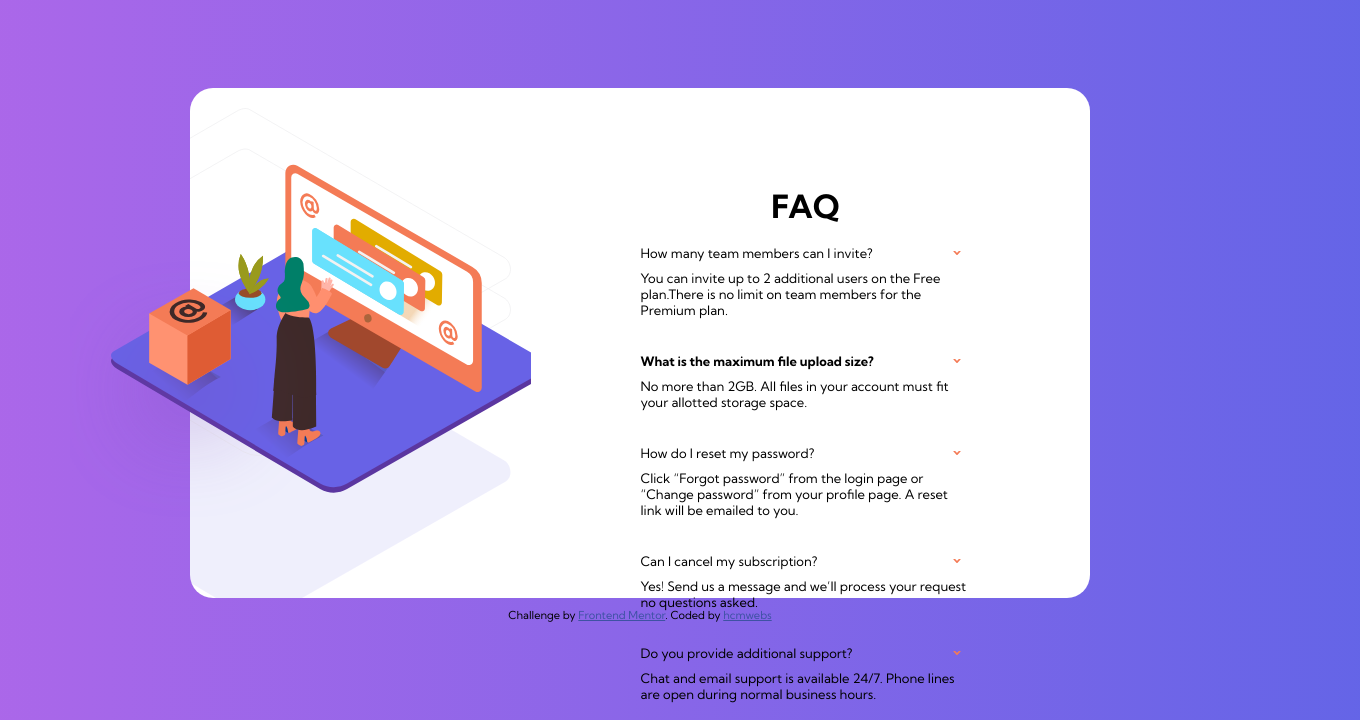
Repository: Hcmwebs/faq-accordion-card
Page: index.html
These files come from the project's save history. The page is drawn as it stood at one moment and after the next save; the edit follows.
The browser window is 1280 px wide. The page is 1360 px wide, so the pictures cover 1360 px, including what lies to the right of the window. The pictures show the whole page.
The style sheet was rebuilt from its Sass, Less or Tailwind sources for each picture, by a compiler version that may differ from the author's.

Above is the page before, as saved 2020-11-09 13:53:39.

### index.html
<!DOCTYPE html>
<html lang="en">
  <head>
    <meta charset="UTF-8" />
    <meta name="viewport" content="width=device-width, initial-scale=1.0" />
    <!-- displays site properly based on user's device -->

    <link
      rel="icon"
      type="image/png"
      sizes="32x32"
      href="./images/favicon-32x32.png"
    />
    <link rel="stylesheet" href="css/main.min.css" />

    <title>Frontend Mentor | FAQ Accordion Card</title>

    <!-- Feel free to remove these styles or customise in your own stylesheet 👍 -->
  </head>
  <body>
    <div class="container">
      <div class="card">
        <div class="card__header">
          <img
            src="/images/illustration-woman-online-mobile.svg"
            alt="image of a woman online"
          />
        </div>

        <div class="card__body">
          <h1 class="card__body--title">faq</h1>
          <div class="card__body--item">
            <div class="card__body--item--title">
              <h2>How many team members can I invite?</h2>
              <button>
                <img src="/images/icon-arrow-down.svg" alt="icon-arrow-down" />
              </button>
            </div>
            <p class="d-N">
              You can invite up to 2 additional users on the Free plan.There is
              no limit on team members for the Premium plan.
            </p>
            <div class="card__body--item--divider"></div>
          </div>

          <div class="card__body--item">
            <div class="card__body--item--title">
              <h2><strong>What is the maximum file upload size?</strong></h2>
              <button>
                <img
                  src="/images/icon-arrow-down.svg"
                  alt="icon-arrow-down"
                  class="rotate"
                />
              </button>
            </div>
            <p class="d-N">
              No more than 2GB. All files in your account must fit your allotted
              storage space.
            </p>
            <div class="card__body--item--divider"></div>
          </div>

          <div class="card__body--item">
            <div class="card__body--item--title">
              <h2>How do I reset my password?</h2>
              <button>
                <img src="/images/icon-arrow-down.svg" alt="icon-arrow-down" />
              </button>
            </div>
            <p class="d-N">
              Click “Forgot password” from the login page or “Change password”
              from your profile page. A reset link will be emailed to you.
            </p>
            <div class="card__body--item--divider"></div>
          </div>

          <div class="card__body--item">
            <div class="card__body--item--title">
              <h2>Can I cancel my subscription?</h2>
              <button>
                <img src="/images/icon-arrow-down.svg" alt="icon-arrow-down" />
              </button>
            </div>
            <p class="d-N">
              Yes! Send us a message and we’ll process your request no questions
              asked.
            </p>
            <div class="card__body--item--divider"></div>
          </div>

          <div class="card__body--item">
            <div class="card__body--item--title">
              <h2>Do you provide additional support?</h2>
              <button>
                <img src="/images/icon-arrow-down.svg" alt="icon-arrow-down" />
              </button>
            </div>
            <p class="d-N">
              Chat and email support is available 24/7. Phone lines are open
              during normal business hours.
            </p>
            <div class="card__body--item--divider"></div>
          </div>
        </div>
      </div>

      <div class="attribution">
        Challenge by
        <a href="https://www.frontendmentor.io?ref=challenge" target="_blank"
          >Frontend Mentor</a
        >. Coded by
        <a
          href="https://github.com/Hcmwebs/faq-accordion-card.git"
          target="_blank"
          rel="noopener noreferrer"
          >hcmwebs</a
        >
      </div>
    </div>
    <script src="main.js"></script>
  </body>
</html>

### main.js
let open = false;
const item = document.querySelector('.card__body--item');
const img = document.querySelector('img');
const paras = document.querySelectorAll('p');
const btns = document.querySelectorAll('button');
for(let btn of btns){
  btn.addEventListener('click', () => {

  for( let para of paras){
    if(!open){
      para.classList.add('open');
      // btn.classList.add('rotate');
      open = true;
    }else{
      para.classList.remove('open');
      btn.classList.add('rotate');
      open = false;

    }
  }

  })

}

### scss/main.scss

// /*====fonts====*/

// @import url('https://fonts.googleapis.com/css2?family=Kumbh+Sans:wght@400;700&display=swap');

// $font-stack: 'Kumbh Sans',sans-serif;
// $font-size: 10px;
// $font-light: 400;
// $font-bold: 700;


// /*====primary color====*/
// /*====text-color====*/

// $veryDarkDesaturatedBlue: hsl(238, 29%, 16%);
// $softRed: hsl(14, 88%, 65%);

// /*====background -gradient====*/

// $gradientSoftViolet: hsl(273, 75%, 66%);
// $gradientSoftBlue: hsl(240, 73%, 65%);

// /*====Neutral color====*/
// /*====text-color====*/

// $veryDarkGrayishBlue: hsl(237, 12%, 33%);
// $darkGrayishBlue: hsl(240, 6%, 50%);

// /*====dividers-color====*/

// $dividersLightGrayishBlue: hsl(240, 5%, 91%);

@import'variables';
@import 'mixins';


*{
  margin: 0;
  padding: 0;
  box-sizing: border-box;
}

body{

font-family:$font-stack;
font-size: $font-size;
font-weight: $font-light;
@include flex($column, $center, $center);
}

.container{
  width: 100%;
  max-width: 1440px;
  height: 100vh;
  background: linear-gradient(90deg,$gradientSoftViolet 0%,$gradientSoftBlue 100%);
  @include flex($column, $center, $center);

  .card{
    width: 327px;
    height:535px;
    background:#fff url(/images/bg-pattern-mobile.svg) no-repeat top center;
    background-size:230px,230px;
    border-radius:23px;
    margin-top: 100px;
    padding: 10px;
    @include flex($column,$center,$center);



    &__header{
      width: 237px;
      height: 180px;
      transform: translateY(-100px);

      img{
        width: 100%;
        height: 100%;
        object-fit: cover;

      }

    }


    &__body{
      width: 100%;
      height: 354px;
      transform: translateY(-80px);
      padding:20px;
      @include grid($center,$center);
      grid-template-columns: 1fr;
      gap: 5px;


      &--title{
      font-weight: $font-bold;
      font-size: 32px;
      text-transform: uppercase;
      margin: 0 auto;
      }

      &--item{
        width: 279px;
        margin: 0 auto;
        padding: 10px;
        @include grid($center,$center);
        gap: 5px;
        border-radius: 23px;
        cursor: pointer;
        transition: all 0.5s ease-in-out;

        &:hover{

          box-shadow: 0 2px 20px $darkGrayishBlue;
        }


        &--title{
          width: 279px;
          padding: 0 10px;
          @include flex($row,$spaceBetween,$center);

          h2{
            font-size: 13px;
            font-weight: $font-light;
            transition: all 0.5s ease-in-out;

            &:hover{
              color:$softRed;
            }
          }

          button{
            margin-left: 20px;
            padding: 10px;
            cursor: pointer;
            background-color: transparent;
            border: none;
            @include grid($center,$center);
            transition: all 0.75s ease-in-out;


            img{
              width: 8px;
              height: 4px;
              display: block;
              object-fit: cover;
              color:$softRed;

            }

          }
        }

        p{
          font-size: 13px;
          padding: 0 10px;
        }

        &--divider{
          width: 100%;
          height: 1px;
          // background-color:$dividersLightGrayishBlue;
          background-color:transparent;

        }
      }

    }

  }

  .attribution {
    font-size: 11px;
    text-align: center;
    margin:10px 0;


  }

  .attribution a {
    color: hsl(228, 45%, 44%);
  }
}

.open.d-N {
  display:none;
}

.open.d-N .rotate{
  transform: rotate(180deg);
}




@import 'medias';

### scss/_variables.scss
/*====fonts====*/

@import url('https://fonts.googleapis.com/css2?family=Kumbh+Sans:wght@400;700&display=swap');

$font-stack: 'Kumbh Sans',sans-serif;
$font-size: 10px;
$font-light: 400;
$font-bold: 700;


/*====primary color====*/
/*====text-color====*/

$veryDarkDesaturatedBlue: hsl(238, 29%, 16%);
$softRed: hsl(14, 88%, 65%);

/*====background -gradient====*/

$gradientSoftViolet: hsl(273, 75%, 66%) ;
$gradientSoftBlue: hsl(240, 73%, 65%);

/*====Neutral color====*/
/*====text-color====*/

$veryDarkGrayishBlue: hsl(237, 12%, 33%);
$darkGrayishBlue: hsl(240, 6%, 50%);

/*====dividers-color====*/

$dividersLightGrayishBlue: hsl(240, 5%, 91%);


/*====alignments====*/
$flexStart: flex-start;
$flexEnd: flex-End;
$center: center;
$spaceAround: space-around;
$spaceBetween: space-between;


/*====placeItems====*/

$placeItems: place-items;


/*====justify====*/

$justify: justify-content;

/*====align====*/
$align: align-items;

/*====direction====*/
$direction: flex-direction;
$row:row;
$column:column;

### scss/_mixins.scss
/*====grid====*/
@mixin grid ($justify,$align){

  display: grid;
  justify-content: $justify;
  align-items: $align;
}

@mixin flex ($direction, $justify, $align) {
  display: flex;
  flex-direction: $direction;
  justify-content: $justify;
  align-items: $align;

}

### scss/_medias.scss


/*====Desktop: 1440px;====*/

@media(min-width:1000px){
    .container{
      min-width: 1440px;


    .card{
      width: 900px;
      height: 510px;
      margin: 0;
      flex-direction: $row;
      background:#fff url(/images/bg-pattern-desktop.svg) no-repeat;
      background-size:contain;
      background-position: -200px 20px;


      &__header{

        width: 472px;
        height: 358px;
        transform: translateX(-130px);

      }

      &__body{
        width: 428px;
        transform: translateX(-65px);

        &--item{

        width:350px;

          &--title{
            width: 350px;
          }
        }

      }
    }

  }
}

After the next save:
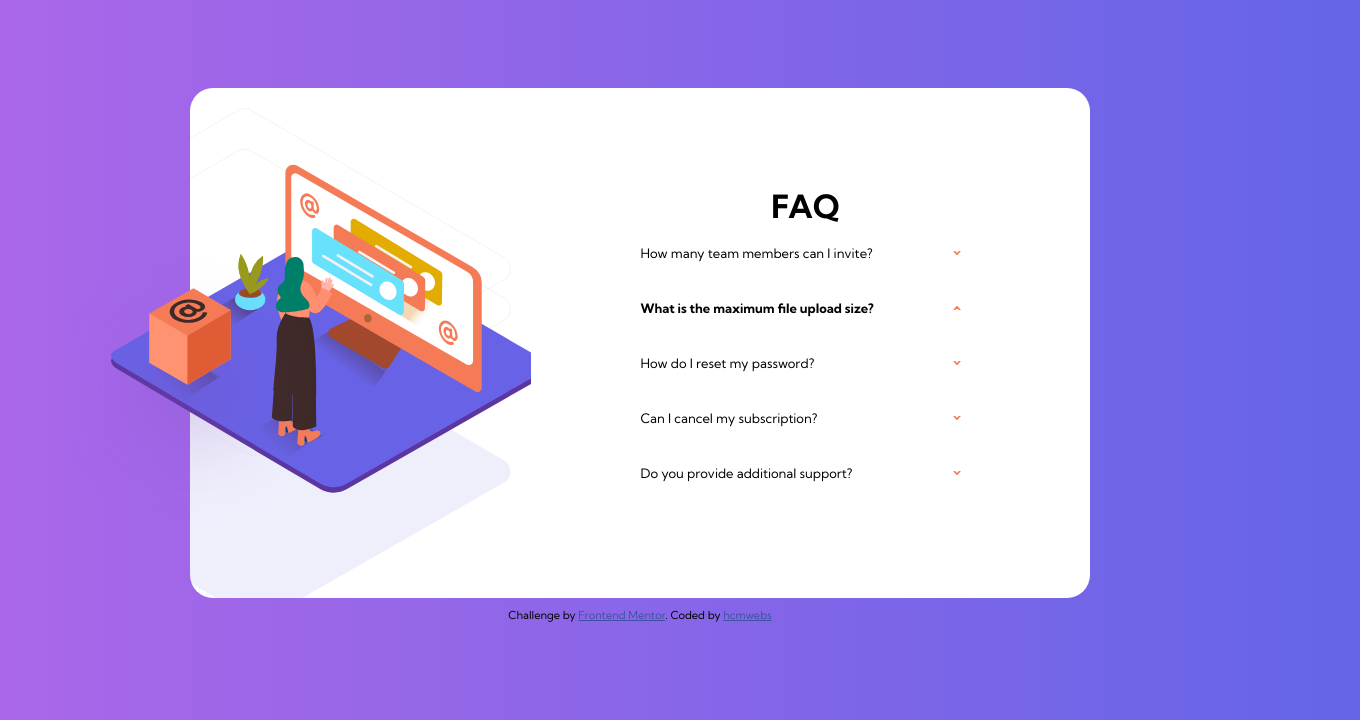
Saved 94 s later.
--- a/scss/main.scss
+++ b/scss/main.scss
@@ -183,11 +183,11 @@
   }
 }
 
-.open.d-N {
+.d-N {
   display:none;
 }
 
-.open.d-N .rotate{
+.rotate{
   transform: rotate(180deg);
 }
 

After the save that followed:
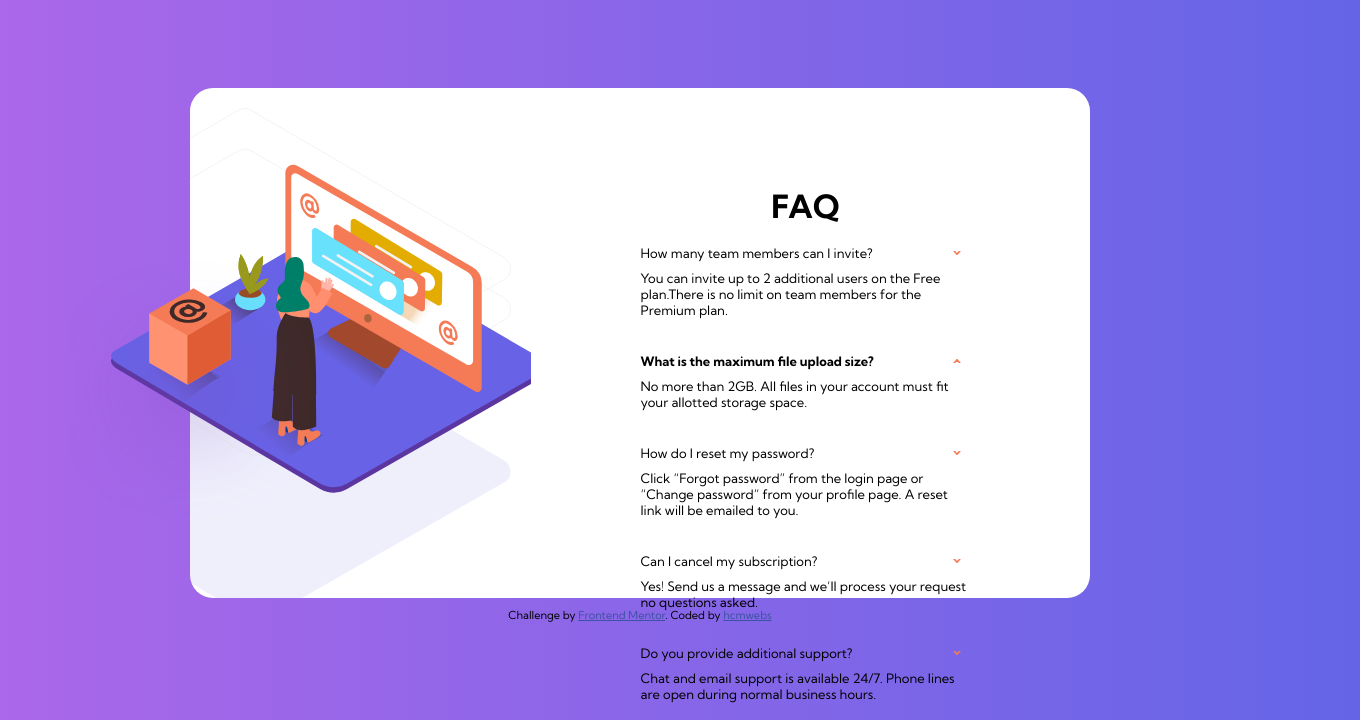
Saved 23 s later.
--- a/scss/main.scss
+++ b/scss/main.scss
@@ -183,7 +183,7 @@
   }
 }
 
-.d-N {
+.open.d-N {
   display:none;
 }
 
